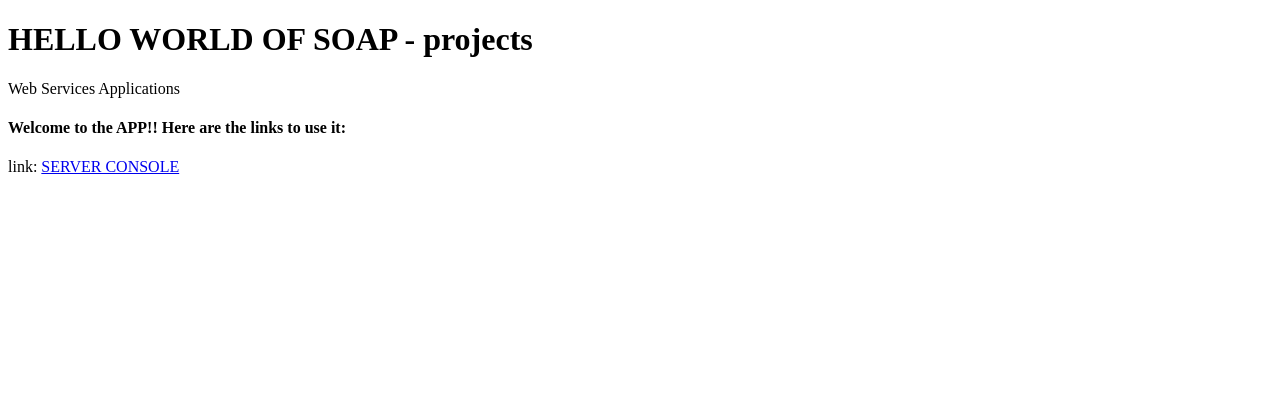
Repository: atafs/BackEnd_JAX-JAX-WS_SOAP
Page: http://localhost/Project_003_SOAP_server_ServiceAndContractFirst/
These files come from the project's save history. The page is drawn as it stood at one moment and after the next save; the edit follows.
The browser window is 1280 px wide. The pictures show the whole page.
The page is served by Tomcat 9.

Above is the page before, as saved 2016-01-26 11:17:48.

After the next save:
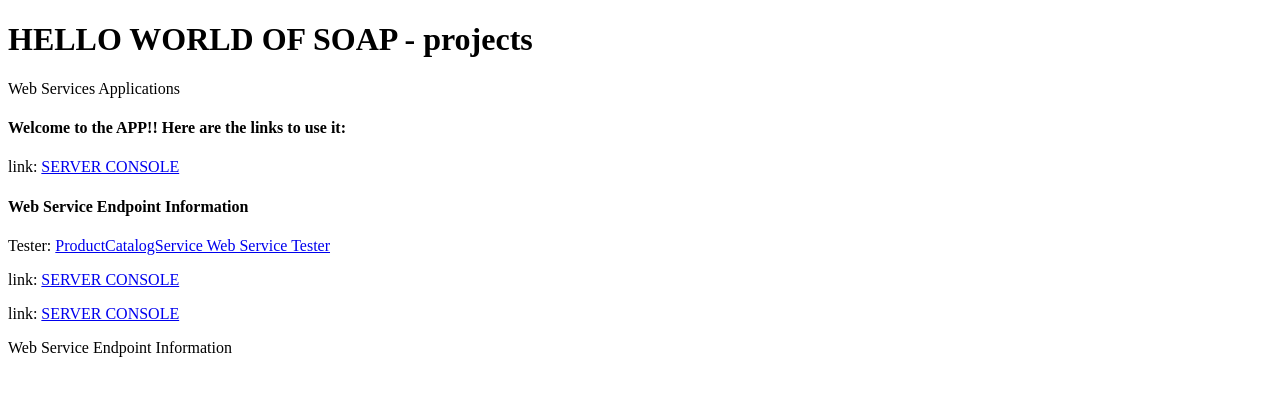
Saved 5 min 9 s later.
--- a/Project_003_SOAP_server_ServiceAndContractFirst/WebContent/index.jsp
+++ b/Project_003_SOAP_server_ServiceAndContractFirst/WebContent/index.jsp
@@ -17,5 +17,13 @@
 	<!-- LINKS -->
 	<h4>Welcome to the APP!! Here are the links to use it: </h4>
 	<p>link: <a href="http://localhost:4848/common/index.jsf">SERVER CONSOLE</a></p>
+
+	<h4>Web Service Endpoint Information</h4>
+	<p>Tester: <a href="http://atafs:9090/Project_003_SOAP_server_ServiceAndContractFirst/ProductCatalogService?Tester">ProductCatalogService Web Service Tester</a></p>
+	<p>link: <a href="http://localhost:4848/common/index.jsf">SERVER CONSOLE</a></p>
+	<p>link: <a href="http://localhost:4848/common/index.jsf">SERVER CONSOLE</a></p>
+
+Web Service Endpoint Information
+
 </body>
 </html>
